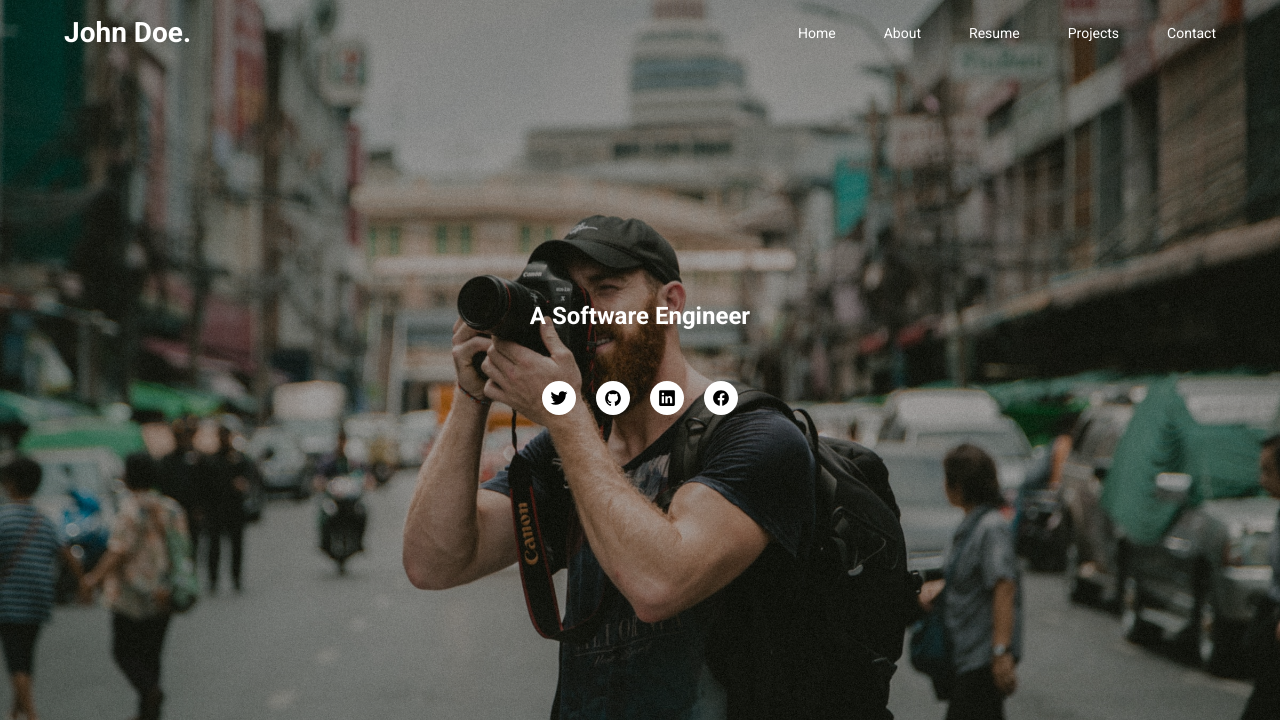
Repository: DevAntonioRogers/portfolio-tutorial
Page: index.html
These files come from the project's save history. The page is drawn as it stood at one moment and after the next save; the edit follows.
The browser window is 1280 px wide. The pictures show the whole page.

Above is the page before, as saved 2023-10-31 23:18:44.

After the next save:
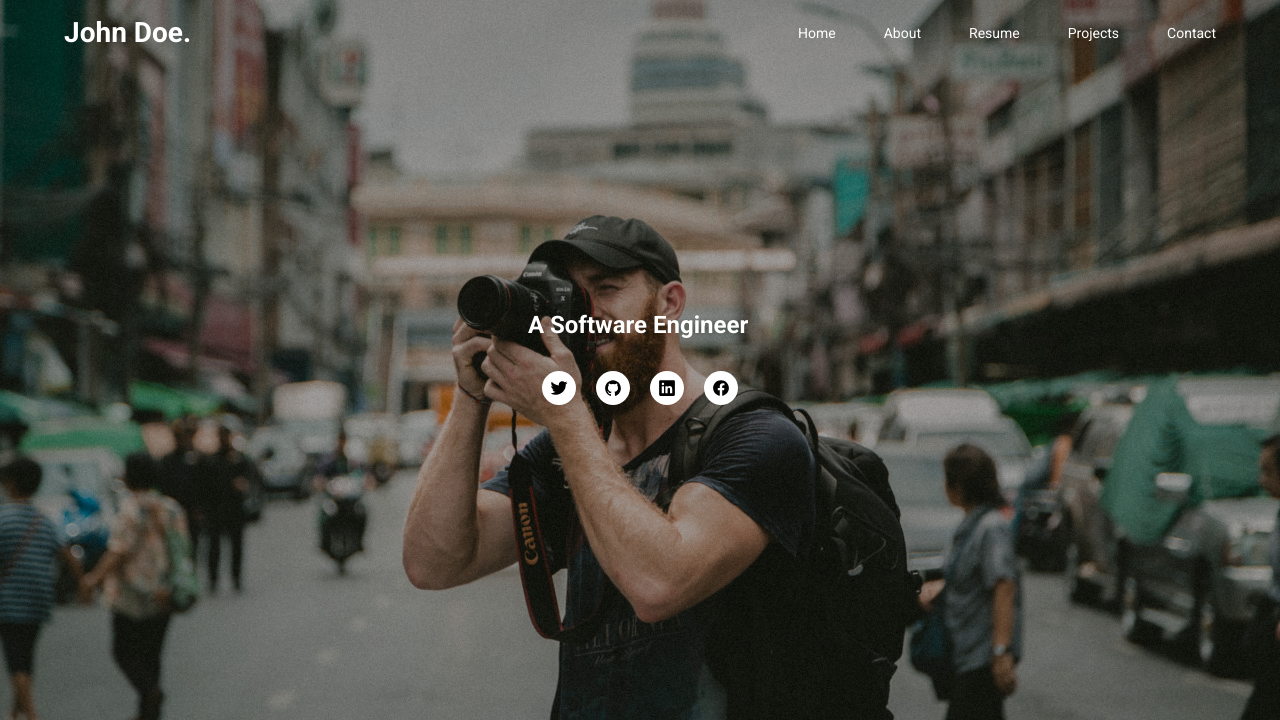
Saved 48 s later.
--- a/styles/hero.css
+++ b/styles/hero.css
@@ -41,3 +41,7 @@
   border-radius: 100%;
   font-size: 18px;
 }
+
+.hero-text {
+  display: flex;
+}
